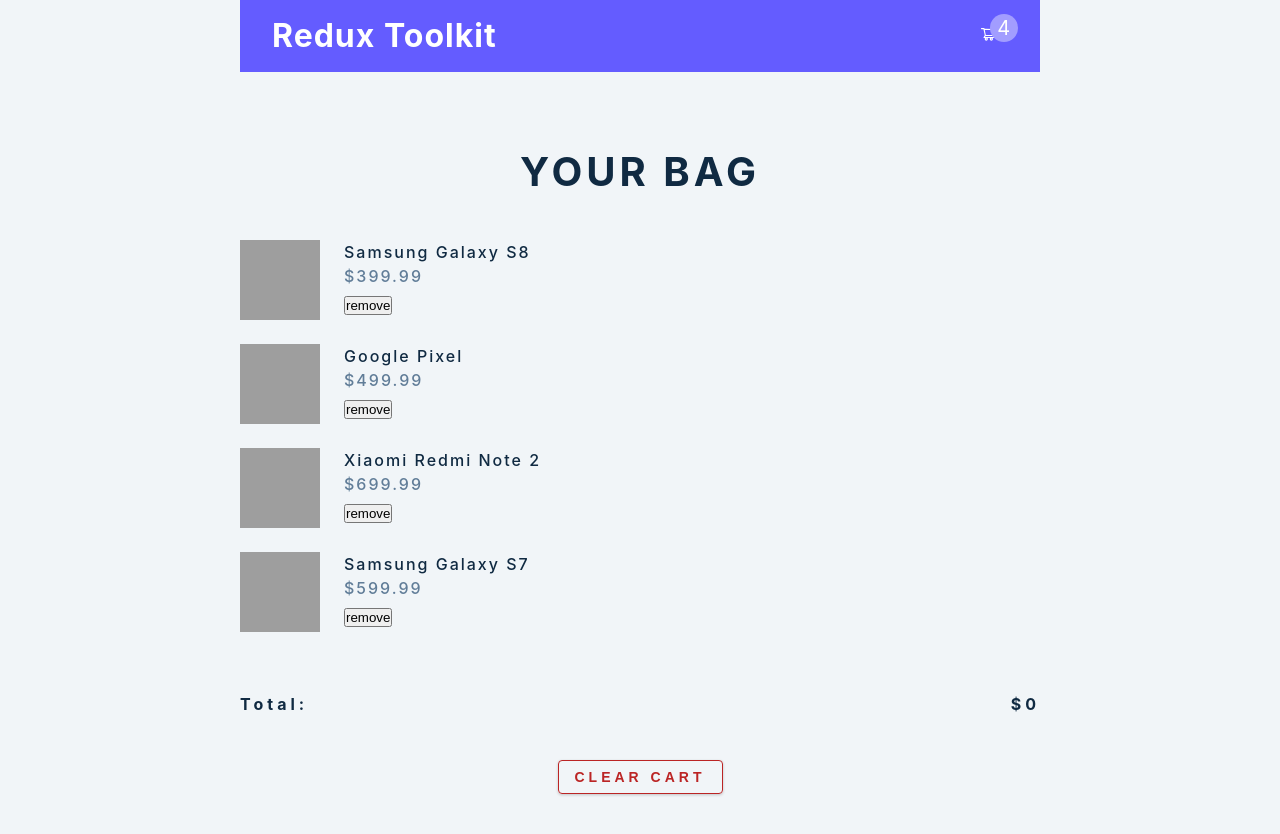
Repository: Nurlan-Bakenbaev/ReduxToolit
Page: /
The author's editor kept a copy of each file at every save. The page is drawn from the files as they stood at one save, then again after the next save.
The browser window is 1280 px wide. The pictures show the whole page.
Pictures or frames that could not be fetched are drawn as grey boxes. The project was rebuilt for these pictures with package versions that can differ from the ones it lists, and the page was loaded fresh each time.

Above is the page before, as saved 2023-11-08 23:36:11.

After the next save:
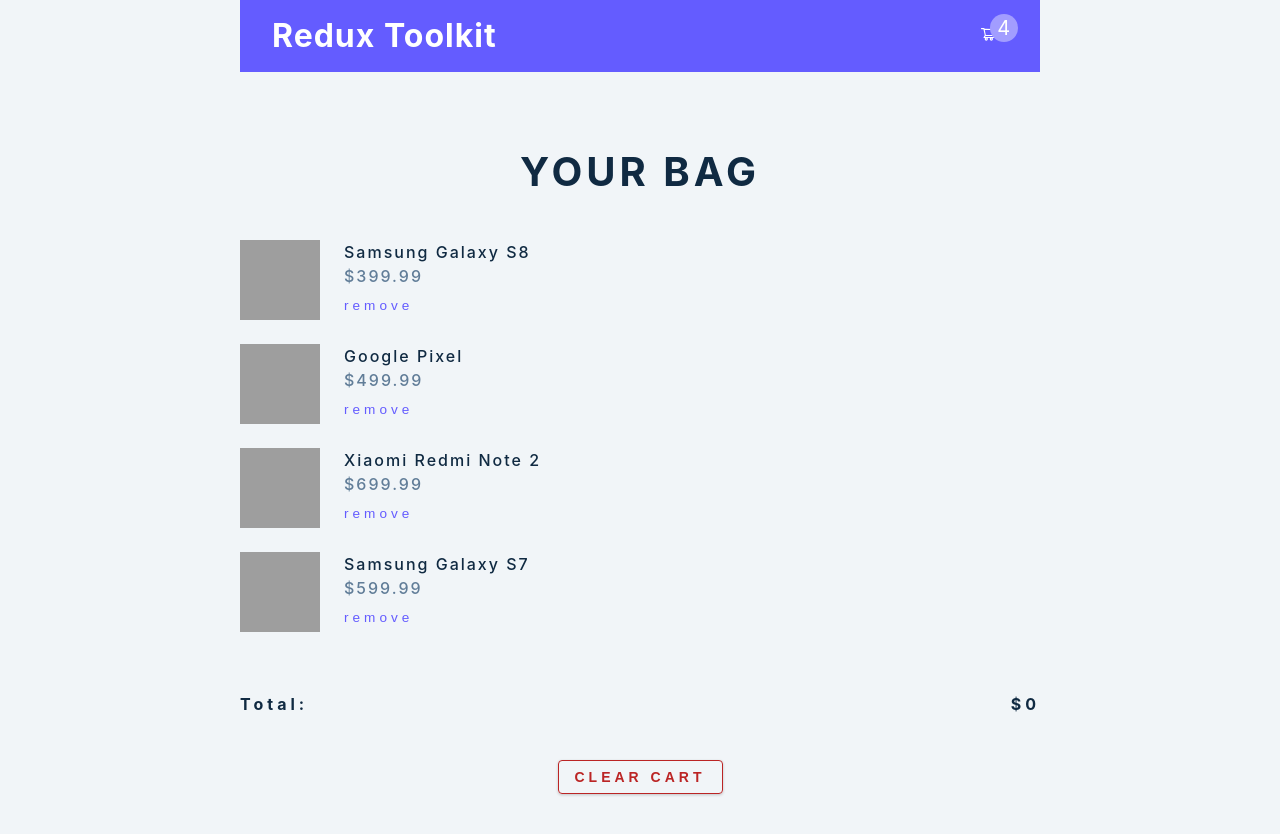
Saved 6 s later.
--- a/src/components/Cartitem.js
+++ b/src/components/Cartitem.js
@@ -7,7 +7,7 @@
     <div>
       <h4>{title} </h4>
       <h4 className="item-price">${price} </h4>
-      <button className=""> remove</button>
+      <button className="remove-btn"> remove</button>
 
     </div>
     </article>
